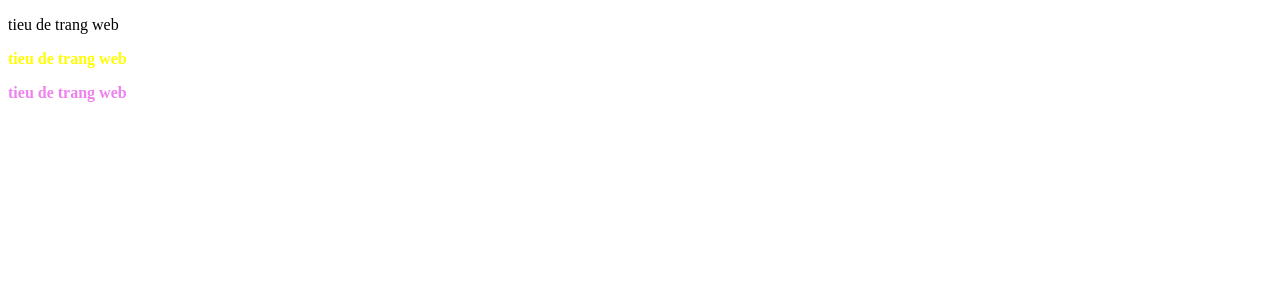
Repository: quocanh1010/quocanh1010.github.io
Page: Front End bai 1 2/index.html
These files come from the project's save history. The page is drawn as it stood at one moment and after the next save; the edit follows.
The browser window is 1280 px wide. The pictures show the whole page.

Above is the page before, as saved 2021-04-16 20:31:32.

### Front End bai 1 2/index.html
<!DOCTYPE html>
<html lang="en">

<head>
    <meta charset="UTF-8">
    <meta http-equiv="X-UA-Compatible" content="IE=edge">
    <meta name="viewport" content="width=device-width, initial-scale=1.0">
    <title>Techmaster</title>


    <style>
        h1 {
            color:red;
            background: rgb(38, 95, 117);
        }

        .font-other {
            font-weight: 400;
        }

        #classic-color {
            color: violet;
        }
        .mau-vang {
            font-weight: 800;
            color: yellow;
        }
    </style>

</head>

<body>

    <p>tieu de trang web</p>
    <p class="mau-vang" >tieu de trang web</p>
    <p class="mau-vang font-other" id="classic-color">tieu de trang web</p>


</body>

</html>

After the next save:
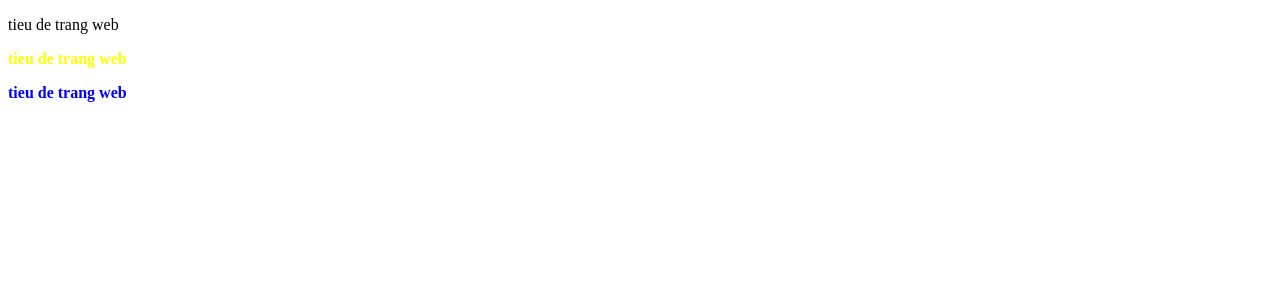
Saved 2 min 32 s later.
--- a/Front End bai 1 2/index.html
+++ b/Front End bai 1 2/index.html
@@ -17,7 +17,9 @@
         .font-other {
             font-weight: 400;
         }
-
+        p#classic-color {
+            color: blue;
+        }
         #classic-color {
             color: violet;
         }
@@ -25,6 +27,7 @@
             font-weight: 800;
             color: yellow;
         }
+
     </style>
 
 </head>

After the save that followed:
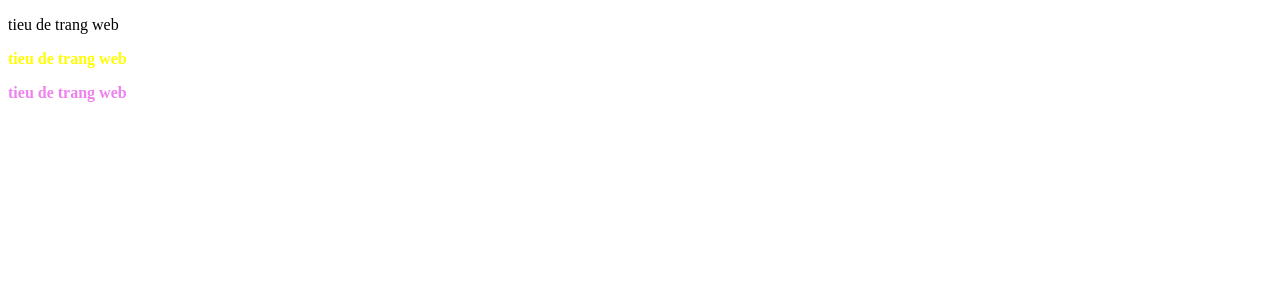
Saved 31 s later.
--- a/Front End bai 1 2/index.html
+++ b/Front End bai 1 2/index.html
@@ -17,13 +17,11 @@
         .font-other {
             font-weight: 400;
         }
-        p#classic-color {
-            color: blue;
-        }
+
         #classic-color {
             color: violet;
         }
-        .mau-vang {
+        p.mau-vang {
             font-weight: 800;
             color: yellow;
         }
